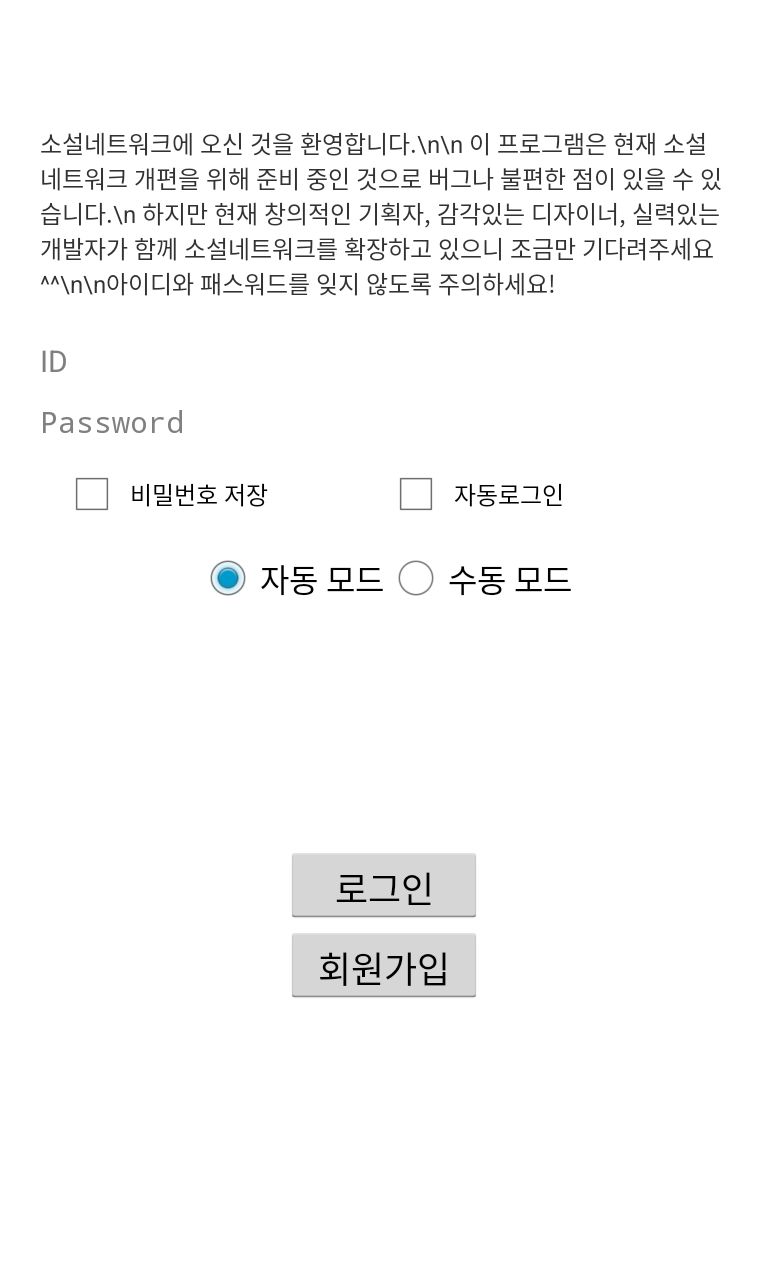
Repository: yjaeseok/gnssm_android_codelab
Layout: source/Day2-View/res/layout/test.xml
The author's editor kept a copy of each file at every save. The layout is drawn from the files as they stood at one save, then again after the next save.
It is drawn on a 768 x 1280 px phone screen (xhdpi) without system bars, with theme AppTheme; the app's code is not run.

Above is the layout before, as saved 2014-04-01 16:15:28.

After the next save:
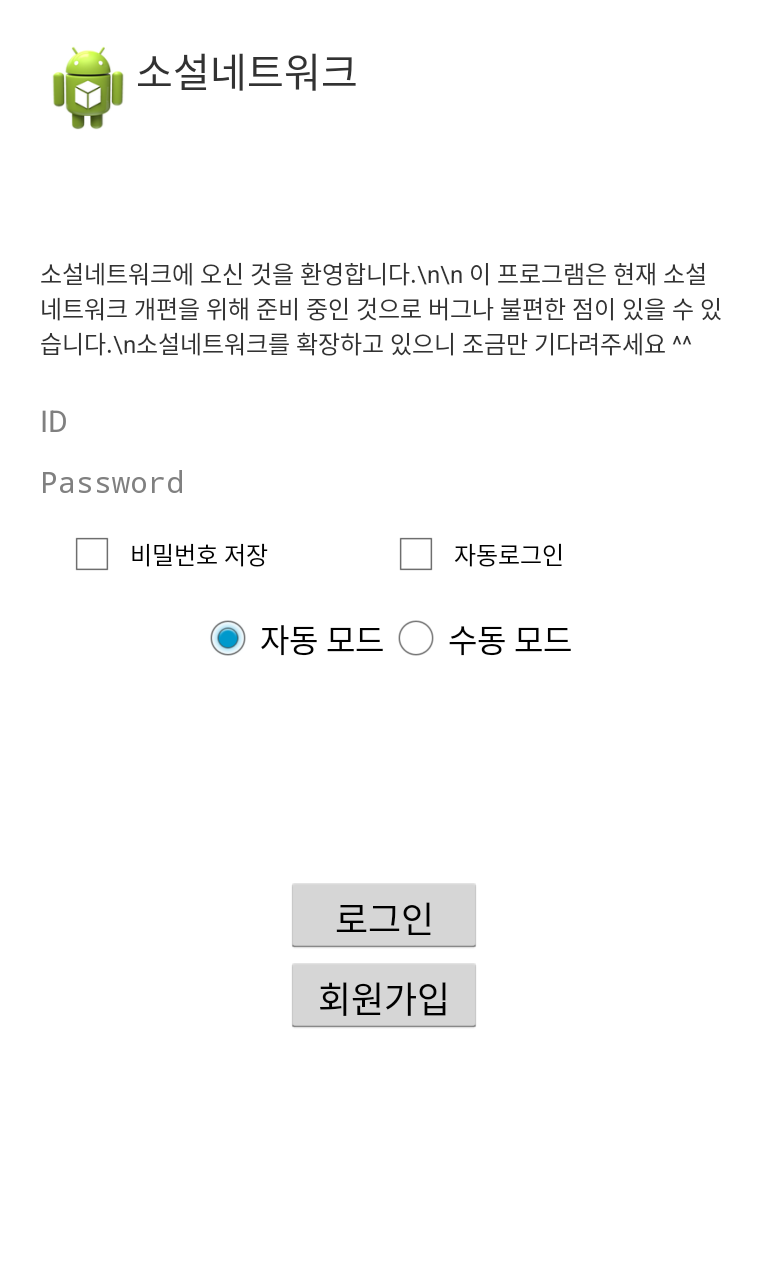
Saved 3 min 11 s later.
--- a/source/Day2-View/res/layout/test.xml
+++ b/source/Day2-View/res/layout/test.xml
@@ -11,14 +11,32 @@
 
     <LinearLayout
         android:layout_width="match_parent"
-        android:layout_height="150dp"
+        android:layout_height="180dp"
+        android:orientation="vertical"
         android:paddingBottom="20dp" >
+
+        <LinearLayout
+            android:layout_width="match_parent"
+            android:layout_height="wrap_content" >
+
+            <ImageView
+                android:layout_width="wrap_content"
+                android:layout_height="wrap_content"
+                android:src="@drawable/ic_launcher" />
+
+            <TextView
+                android:layout_width="wrap_content"
+                android:layout_height="wrap_content"
+                android:text="소설네트워크"
+                android:textSize="20dp" >
+            </TextView>
+        </LinearLayout>
 
         <TextView
             android:layout_width="match_parent"
             android:layout_height="match_parent"
             android:gravity="bottom"
-            android:text="소설네트워크에 오신 것을 환영합니다.\n\n 이 프로그램은 현재 소설네트워크 개편을 위해 준비 중인 것으로 버그나 불편한 점이 있을 수 있습니다.\n 하지만 현재 창의적인 기획자, 감각있는 디자이너, 실력있는 개발자가 함께 소설네트워크를 확장하고 있으니 조금만 기다려주세요 ^^\n\n아이디와 패스워드를 잊지 않도록 주의하세요!"
+            android:text="소설네트워크에 오신 것을 환영합니다.\n\n 이 프로그램은 현재 소설네트워크 개편을 위해 준비 중인 것으로 버그나 불편한 점이 있을 수 있습니다.\n소설네트워크를 확장하고 있으니 조금만 기다려주세요 ^^"
             android:textSize="12dp" />
     </LinearLayout>
 
